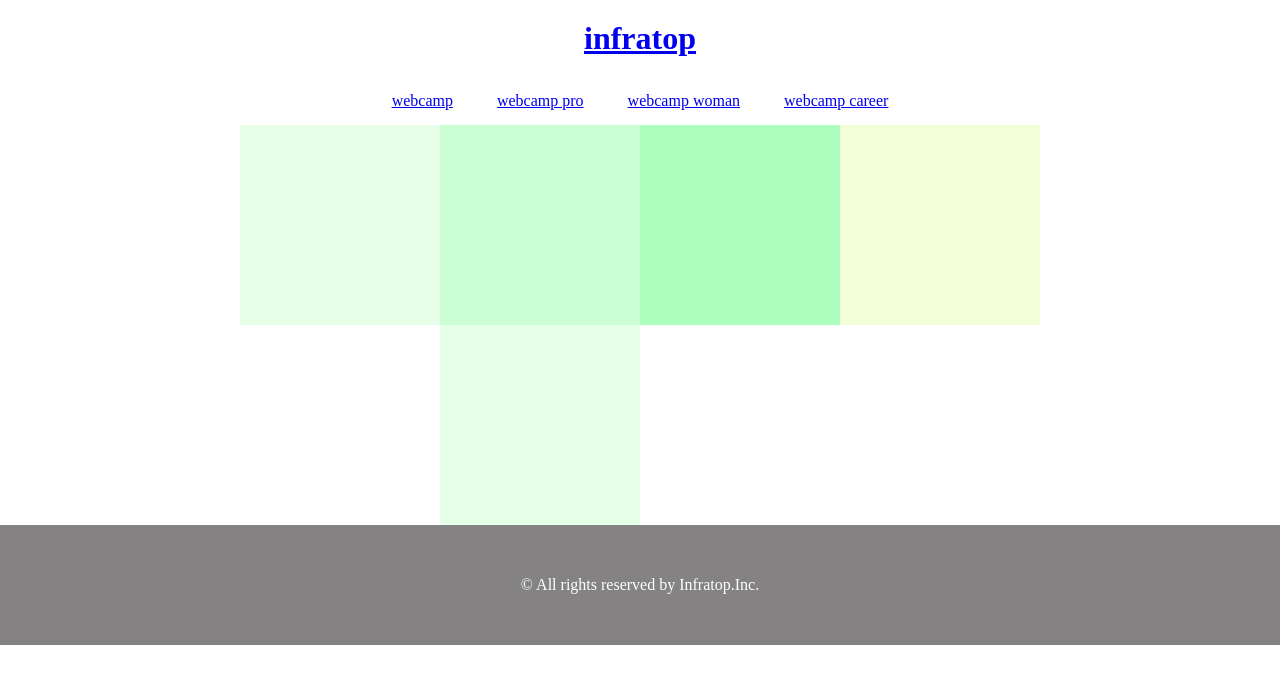
Repository: achoko3/Practice-problem
Page: chapter4/chapter4.html
The author's editor kept a record of every edit. The page is drawn from the files as they stood at one moment, then again after the next edit.
The browser window is 1280 px wide. The pictures show the whole page.

Above is the page before.

After the next edit:
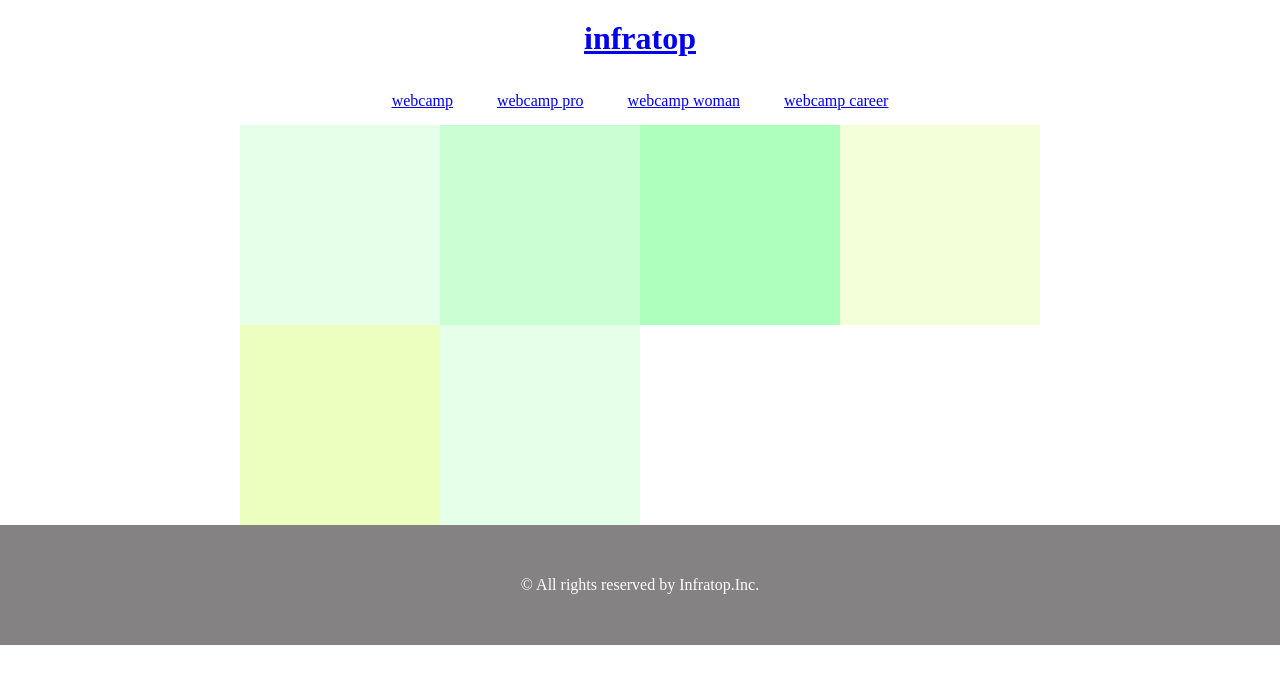
The edit:
--- a/chapter4/chapter4.css
+++ b/chapter4/chapter4.css
@@ -61,7 +61,7 @@
 .box5{
   width:200px;
   height:200px;
-  background-color:;
+  background-color:#edffbe;
 }
 
 .box6{
